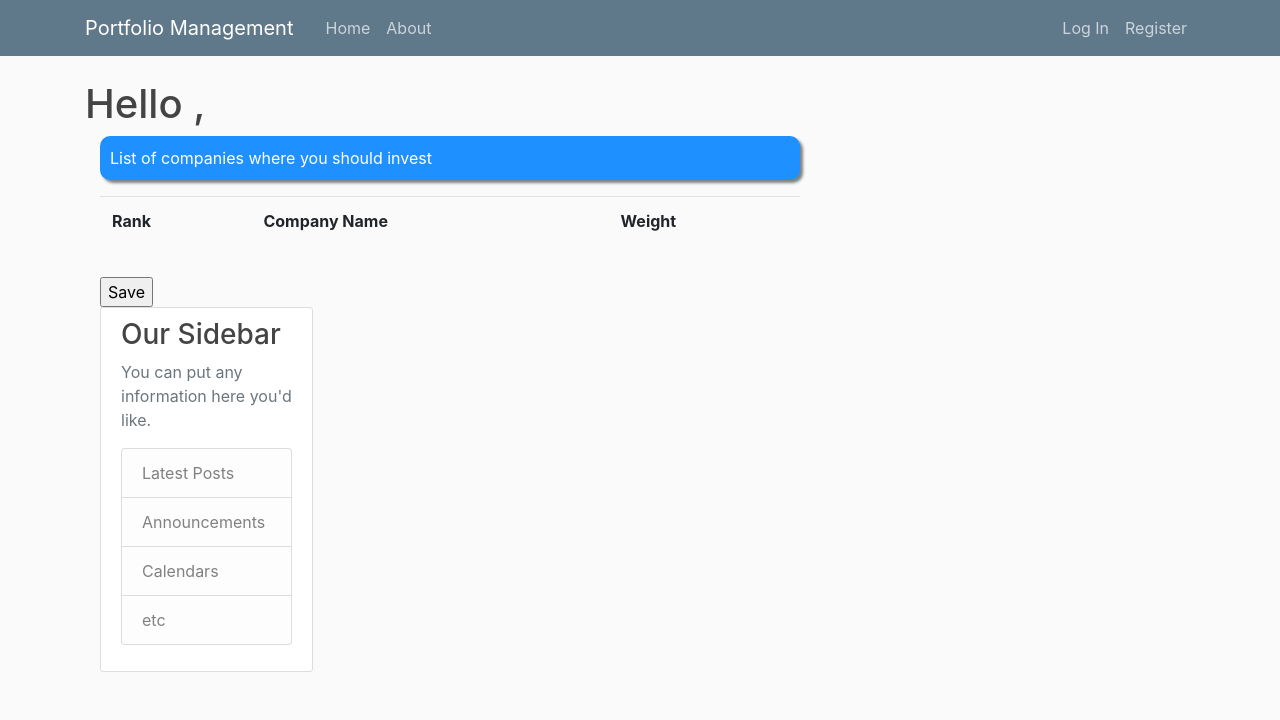
Repository: rahulsolankib/portfolio
Page: Suggest/templates/Suggest/suggest.html
These files come from the project's save history. The page is drawn as it stood at one moment and after the next save; the edit follows.
The browser window is 1280 px wide. The pictures show the whole page.
The page is served by the project's application, run on Django 3.2 (manage.py). Other server files are loaded and not shown. The template is opened directly, without the code that normally fills it, so the values that code supplies are empty.

Above is the page before, as saved 2020-10-26 03:12:56.

### Suggest/templates/Suggest/suggest.html
{% extends "startPage/base.html" %}
{% load crispy_forms_tags %}
{% crispy example_form %}

{% block content %}
    <h1>Hello {{user.username}},</h1>
    {% block custom_css %}
    <style>
    .bg_blue{
    padding:10px;
    border-radius:10px;
    box-shadow:3px 3px 3px grey;
    background:dodgerblue;
    color:#fff;
    }
    .custom-block{
    padding:15px;
    border:1px solid dodgerblue;
    }
    </style>
    {% endblock custom_css %}

    {% block bodydata %}
    <div class="container">
        <div class="row">
            <div class="col-lg-12">
                    <div class="form-group bg_blue">
                        List of companies where you should invest
                    </div>
                    <div class="table">
                    <table class="table">
                        <tr>
                            <th>Rank</th>
                            <th>Company Name</th>
                            <th>Weight</th>
                            <!-- <th>Standard</th>
                            <th>Hobbies</th>
                            <th>Roll No.</th>
                            <th>Bio</th>
                            <th>Profile</th> -->

                        </tr>
                        {% for company in companies %}
                            <tr>
                                <td >{{ company.rank }}</td>
                                <td class="editable" data-id="{{ company.id }}" data-type="email">{{ company.company }}</td>

                                <td class="editable" data-id="{{ company.id }}" data-type="name">{{ company.weight }}</td>
                                <!-- <td class="editable" data-id="{{ company.id }}" data-type="standard">{{ company.standard }}</td>
                                <td class="editable" data-id="{{ company.id }}" data-type="hobbies">{{ company.hobbies }}</td>
                                <td class="editable" data-id="{{ company.id }}" data-type="roll_no">{{ company.roll_no }}</td>
                                <td class="editable" data-id="{{ company.id }}" data-type="bio">{{ company.bio }}</td> -->
                                <!-- <td><img src="/media/{{ company.profile_image }}" style="width:250px;height:100px"></td> -->
                                <!-- <td class="editable" data-id="{{ company.id }}" data-type="created_at">{{ company.created_at }}</td> -->
                            </tr>
                        {% endfor %}
                    </table>
                    </div>
            </div>

        </div>
        <div class="row">
            <div class="col-lg-12">
                <div class="form-group">
                    {% if messages %}
                            {% for message in messages %}
                                {% if message.tags == 'success' %}
                                    <div class="alert alert-success">{{ message }}</div>
                                {% elif message.tags == 'error' %}
                                    <div class="alert alert-danger">{{ message }}</div>
                                {% endif %}
                            {% endfor %}
                    {% endif %}
                </div>
            </div>
    </div>
    <form method='POST'>
        {% csrf_token %}
        <input type='submit' value="Save" />
    </form>

    {% endblock bodydata %}


{% endblock content %}

### startPage/templates/startPage/base.html
{% load static %}
<!DOCTYPE html>
<html>
<head>
    <meta charset="utf-8">
    <meta name="viewport" content="width=device-width, initial-scale=1, shrink-to-fit=no">

    <!-- Bootstrap CSS -->
    <link rel="stylesheet" href="https://stackpath.bootstrapcdn.com/bootstrap/4.5.2/css/bootstrap.min.css" integrity="sha384-JcKb8q3iqJ61gNV9KGb8thSsNjpSL0n8PARn9HuZOnIxN0hoP+VmmDGMN5t9UJ0Z" crossorigin="anonymous">

    <link rel="stylesheet" type="text/css" href="{% static 'startPage/main.css' %}">
    {% if title %}
        <title>Django - {{title}}</title>
    {% else %}
        <title>Django</title>
    {% endif %}
</head>
<body>
    <header class="site-header">
        <nav class="navbar navbar-expand-md navbar-dark bg-steel fixed-top">
            <div class="container">
            <a class="navbar-brand mr-4" href="{% url 'Start-Page' %}">Portfolio Management</a>
            <button class="navbar-toggler" type="button" data-toggle="collapse" data-target="#navbarToggle" aria-controls="navbarToggle" aria-expanded="false" aria-label="Toggle navigation">
            <span class="navbar-toggler-icon"></span>
            </button>
            <div class="collapse navbar-collapse" id="navbarToggle">
                <div class="navbar-nav mr-auto">
                <a class="nav-item nav-link" href="{% url 'Start-Page' %}">Home</a>
                <a class="nav-item nav-link" href="{% url 'About-Page' %}">About</a>
                {% if user.is_authenticated %}
                    <a class="nav-item nav-link" href="{% url 'questions' %}">Risk-Assessment</a>
                    <a class="nav-item nav-link" href="{% url 'suggest' %}">Suggested-Porfolio</a>
                {% endif%}
                </div>
                <!-- Navbar Right Side -->
                <div class="navbar-nav">
                {% if user.is_authenticated %}
                    <a class="nav-item nav-link" href="{% url 'profile' %}">@{{user.username}}</a>
                    <a class="nav-item nav-link" href="{% url 'logout' %}">Log Out</a>
                {% else %}
                    <a class="nav-item nav-link" href="{% url 'login' %}">Log In</a>
                    <a class="nav-item nav-link" href="{% url 'register' %}">Register</a>
                {% endif%}
                </div>
            </div>
            </div>
        </nav>
    </header>
    <main role="main" class="container">
        <div class="row">
            <div class="col-md-8">
                {% if messages %}
                    {% for message in messages%}
                        <div class="alert alert-{{message.tags}}">
                            {{message}}
                        </div>
                    {% endfor %}
                {% endif %}
                {% block content %}{% endblock %}
            </div>
            <div class="col-md-4">
            <div class="content-section">
                <h3>Our Sidebar</h3>
                <p class='text-muted'>You can put any information here you'd like.
                <ul class="list-group">
                    <li class="list-group-item list-group-item-light">Latest Posts</li>
                    <li class="list-group-item list-group-item-light">Announcements</li>
                    <li class="list-group-item list-group-item-light">Calendars</li>
                    <li class="list-group-item list-group-item-light">etc</li>
                </ul>
                </p>
            </div>
            </div>
        </div>
    </main>


    <script src="https://code.jquery.com/jquery-3.5.1.slim.min.js" integrity="sha384-DfXdz2htPH0lsSSs5nCTpuj/zy4C+OGpamoFVy38MVBnE+IbbVYUew+OrCXaRkfj" crossorigin="anonymous"></script>
    <script src="https://cdn.jsdelivr.net/npm/popper.js@1.16.1/dist/umd/popper.min.js" integrity="sha384-9/reFTGAW83EW2RDu2S0VKaIzap3H66lZH81PoYlFhbGU+6BZp6G7niu735Sk7lN" crossorigin="anonymous"></script>
    <script src="https://stackpath.bootstrapcdn.com/bootstrap/4.5.2/js/bootstrap.min.js" integrity="sha384-B4gt1jrGC7Jh4AgTPSdUtOBvfO8shuf57BaghqFfPlYxofvL8/KUEfYiJOMMV+rV" crossorigin="anonymous"></script>
</body>
</html>

### portfolio/urls.py
"""portfolio URL Configuration

The `urlpatterns` list routes URLs to views. For more information please see:
    https://docs.djangoproject.com/en/3.1/topics/http/urls/
Examples:
Function views
    1. Add an import:  from my_app import views
    2. Add a URL to urlpatterns:  path('', views.home, name='home')
Class-based views
    1. Add an import:  from other_app.views import Home
    2. Add a URL to urlpatterns:  path('', Home.as_view(), name='home')
Including another URLconf
    1. Import the include() function: from django.urls import include, path
    2. Add a URL to urlpatterns:  path('blog/', include('blog.urls'))
"""
from django.contrib import admin
from django.contrib.auth import views as auth_views
from django.urls import path,include
from user import views as user_views
from riskCalculator import views as riskCalculator_views
from Suggest import views as suggest_views
urlpatterns = [
    path('admin/', admin.site.urls),
    path('register/',user_views.register,name='register'),
    path('profile/',user_views.profile,name='profile'),
    path('',include('startPage.urls')),
    path('login/',auth_views.LoginView.as_view(template_name="user/login.html"),name='login'),
    path('logout/',auth_views.LogoutView.as_view(template_name="user/logout.html"),name='logout'),
    path('questions/',riskCalculator_views.questions,name='questions'),
    path('suggest/',suggest_views.suggest,name='suggest')
]

### startPage/urls.py
from django.urls import path
from . import views

urlpatterns = [
    path('', views.home,name="Start-Page"),
    path('about/', views.about,name="About-Page"),
]

### startPage/static/startPage/main.css
body {
    background: #fafafa;
    color: #333333;
    margin-top: 5rem;
  }

  h1, h2, h3, h4, h5, h6 {
    color: #444444;
  }

  ul {
    margin: 0;
  }

  .bg-steel {
    background-color: #5f788a;
  }

  .site-header .navbar-nav .nav-link {
    color: #cbd5db;
  }

  .site-header .navbar-nav .nav-link:hover {
    color: #ffffff;
  }

  .site-header .navbar-nav .nav-link.active {
    font-weight: 500;
  }

  .content-section {
    background: #ffffff;
    padding: 10px 20px;
    border: 1px solid #dddddd;
    border-radius: 3px;
    margin-bottom: 20px;
  }

  .article-title {
    color: #444444;
  }

  a.article-title:hover {
    color: #428bca;
    text-decoration: none;
  }

  .article-content {
    white-space: pre-line;
  }

  .article-img {
    height: 65px;
    width: 65px;
    margin-right: 16px;
  }

  .article-metadata {
    padding-bottom: 1px;
    margin-bottom: 4px;
    border-bottom: 1px solid #e3e3e3
  }

  .article-metadata a:hover {
    color: #333;
    text-decoration: none;
  }

  .article-svg {
    width: 25px;
    height: 25px;
    vertical-align: middle;
  }

  .account-img {
    height: 125px;
    width: 125px;
    margin-right: 20px;
    margin-bottom: 16px;
  }

  .account-heading {
    font-size: 2.5rem;
  }

After the next save:
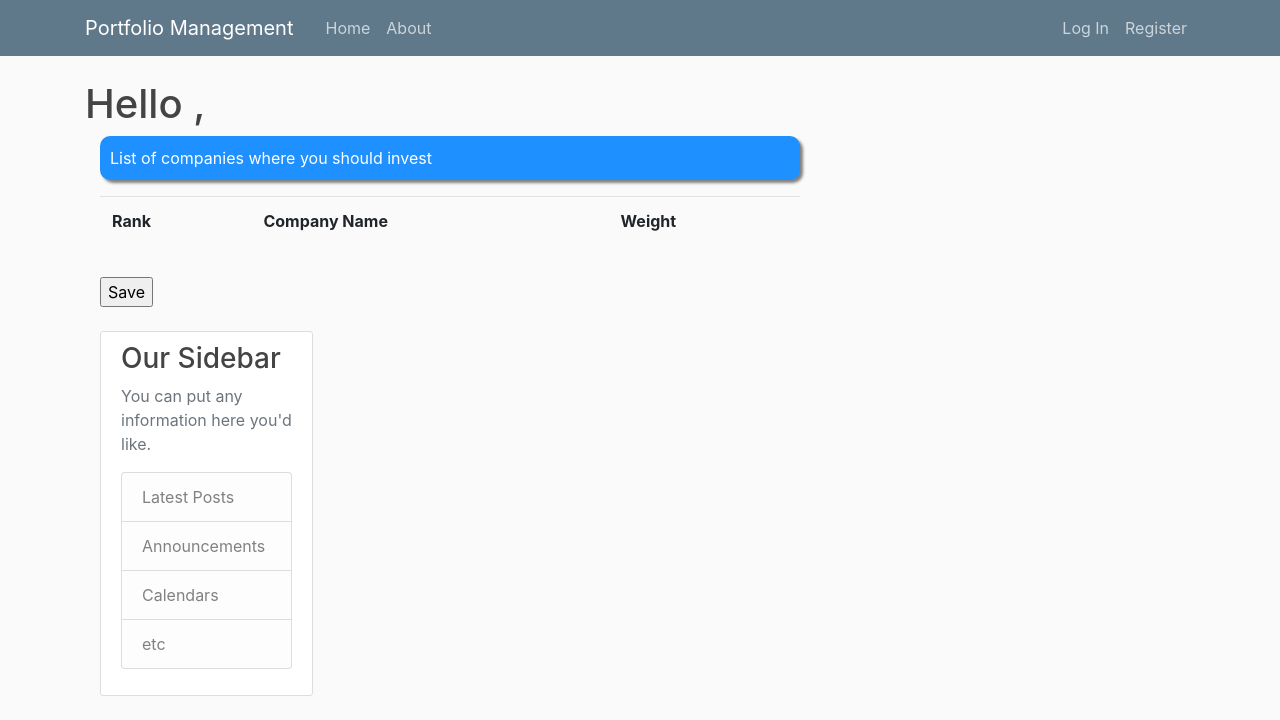
Saved 10 s later.
--- a/Suggest/templates/Suggest/suggest.html
+++ b/Suggest/templates/Suggest/suggest.html
@@ -77,7 +77,7 @@
     <form method='POST'>
         {% csrf_token %}
         <input type='submit' value="Save" />
-    </form>
+    </form><br>
 
     {% endblock bodydata %}
 

After the 4 saves that followed:
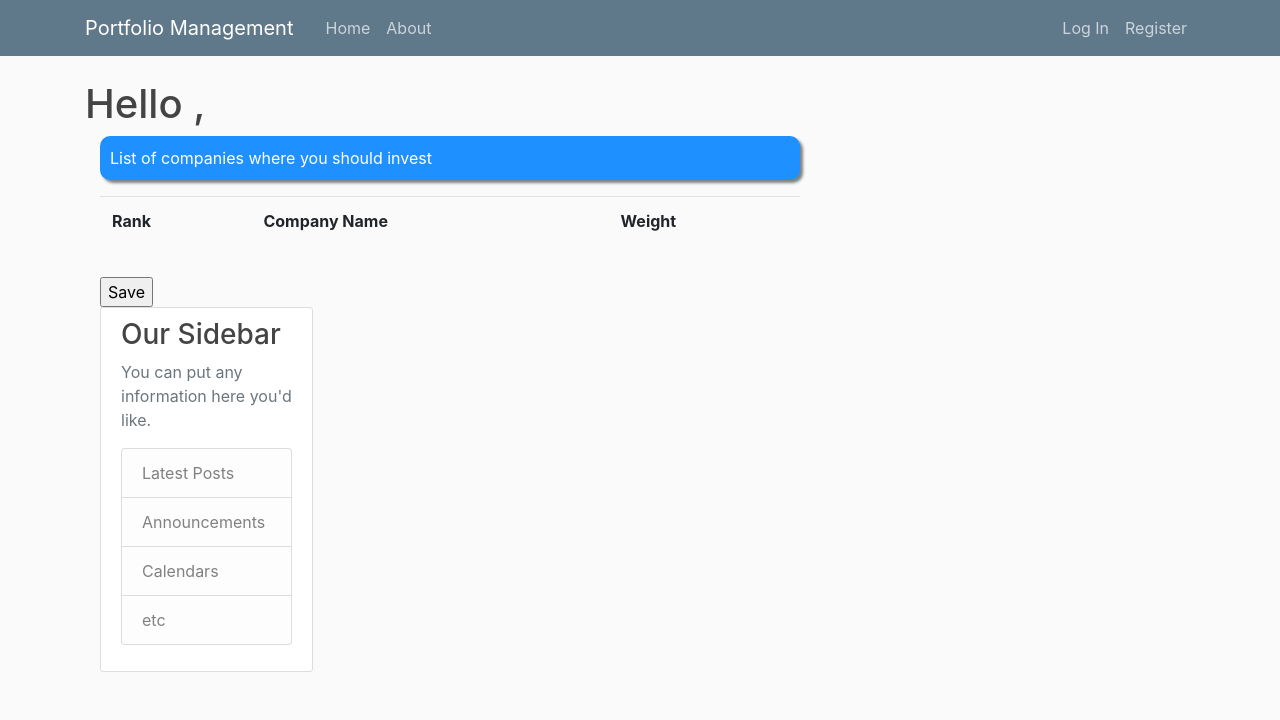
The 4 saves are shown as one change because 2 left the picture as it was and some came seconds apart.
The last was saved 58 s later.
--- a/Suggest/templates/Suggest/suggest.html
+++ b/Suggest/templates/Suggest/suggest.html
@@ -74,10 +74,12 @@
                 </div>
             </div>
     </div>
-    <form method='POST'>
-        {% csrf_token %}
-        <input type='submit' value="Save" />
-    </form><br>
+    <div>
+        <form method='POST'>
+            {% csrf_token %}
+            <input  type='submit' value="Save" />
+        </form>
+    </div>
 
     {% endblock bodydata %}
 
